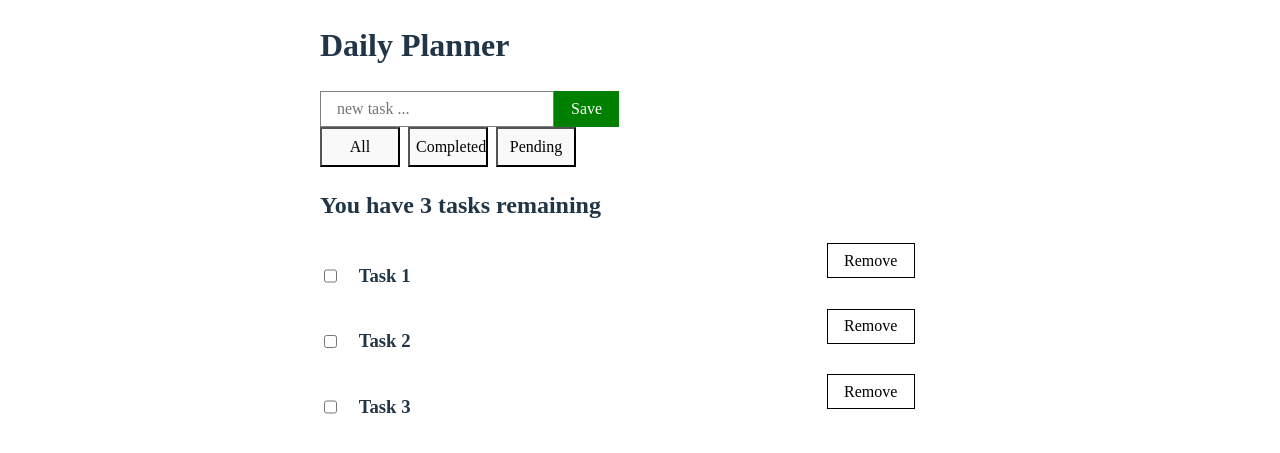
Repository: SamanthaYan298/my_planner
Page: /
An editor plug-in stored every save of this project. The page is shown before and after the next save, followed by the edit.
The browser window is 1280 px wide. The pictures show the whole page.
The project was rebuilt for these pictures with package versions that can differ from the ones it lists, and the page was loaded fresh each time. Also part of the build but not shown: vite.config.js.

Above is the page before, as saved 2024-10-25 00:44:04.

### src/App.jsx
import { useState } from 'react'
import './App.css'

const data = [
  {
    id: 1,
    title: 'Task 1',
    checked: false
  },
  {
    id: 2,
    title: 'Task 2',
    checked: false
  },
  {
    id: 3,
    title: 'Task 3',
    checked: false // set default display as none
  }
]

function App() {

  const [tasks, setTasks] = useState(""); // hold the current list of tasks and update the tasks.
  const [addTask, setAddTask] = useState(data);
  const currentTasks = addTask.filter(task => !task.checked).length;

  function handleChange(e) {
    setTasks(e.target.value);
  }

  function handleAddTask(e) {
    e.preventDefault();
    // helps ensure that users only add text-format tasks, not whitespace.
    if(tasks.trim()) {
      setAddTask([...addTask, {id: addTask.length + 1, title: tasks}]);
      setTasks(''); // clear the input after adding new tasks.
    }
  }

  function handleDelete(taskId) {
    setAddTask(addTask.filter(task => task.id !== taskId)); // filter tasks by their Ids.
  }

  function toggleChecked(id) {
    setAddTask(addTask.map(task =>
      task.id === id ? {...task, checked: !task.checked} : task
    ));
  }

  return (
    <>
      <div className='main'>
        <h1>Daily Planner</h1>

        {/* form */}
        <form onSubmit={handleAddTask}>
          <input
            type="text"
            className='form-input'
            placeholder='new task ...'
            value={tasks}
            onChange={handleChange}
          />
          <button className='form-btn'>Save</button>
        </form>

        <div className='buttons'>
          <button className='list-btn'>All</button>
          <button className='list-btn'>Completed</button>
          <button className='list-btn'>Pending</button>
        </div>

        <h2>You have {currentTasks} tasks remaining</h2>

        {/* task list */}
        <div>
          {addTask.map(task => (
            <div className='task-list' key={task.id}>
              <input
                type="checkbox"
                checked={task.checked}
                onChange={() => toggleChecked(task.id)}
              />
              <h3 className={task.checked ? 'checked' : ''}>{task.title}</h3>
              <button className='task-btn' onClick={() => handleDelete(task.id)}>Remove</button>
          </div>
          ))}
        </div>

      </div>
    </>
  )
}

export default App

### src/index.css
:root {
  font-family: Inter, system-ui, Avenir, Helvetica, Arial, sans-serif;
  line-height: 1.5;
  font-weight: 400;

  color-scheme: light dark;
  color: rgba(255, 255, 255, 0.87);
  background-color: #242424;

  font-synthesis: none;
  text-rendering: optimizeLegibility;
  -webkit-font-smoothing: antialiased;
  -moz-osx-font-smoothing: grayscale;
}

a {
  font-weight: 500;
  color: #646cff;
  text-decoration: inherit;
}
a:hover {
  color: #535bf2;
}

body {
  margin: 0;
  display: flex;
  flex-direction: column;
  align-items: flex-start;
  justify-content: flex-start;
  min-width: 320px;
  min-height: 100vh;
  padding-top: 0;
  text-align: left;
  left: 0;
}


/* h1 {
  font-size: 3.2em;
  line-height: 1.1;
} */

/* button {
  border-radius: 8px;
  border: 1px solid transparent;
  padding: 0.6em 1.2em;
  font-size: 1em;
  font-weight: 500;
  font-family: inherit;
  background-color: #1a1a1a;
  cursor: pointer;
  transition: border-color 0.25s;
}
button:hover {
  border-color: #646cff;
}
button:focus,
button:focus-visible {
  outline: 4px auto -webkit-focus-ring-color;
} */

@media (prefers-color-scheme: light) {
  :root {
    color: #213547;
    background-color: #ffffff;
  }
  a:hover {
    color: #747bff;
  }
  button {
    background-color: #f9f9f9;
  }
}

### src/App.css
#root {
  max-width: 100%;
  margin-left: 20em;
  padding: 0;
  top: 0;
  font-family: "Playfair Display", serif;
}

.main {
  text-align: left;
}

.task-list {
  display: flex;
  flex-direction: row;
}

.form-btn {
  background-color: green;
  border: 1px solid green;
  color: white;
  padding: 0.5em 1em;
  font-family: "Playfair Display", serif;
  font-size: 1em;
}

.task-btn {
  border: 1px solid;
  background-color: white;
  width: 5.5em;
  height: 2.2em;
  font-family: "Playfair Display", serif;
  font-size: 1em;
  cursor: pointer;
}

.form-input {
  padding: 0.5em 1em;
  border: 1px solid;
  height: 1.15em;
  font-family: "Playfair Display", serif;
  color: grey;
  font-size: 1em;
}

div h3 {
  margin-left: 1em;
  min-width: 25em;
}

.checked {
  color: grey;
  text-decoration: line-through;
}

.buttons {
  display: flex;
  gap: 8px;
}

.list-btn {
  width: 80px;
  height: 40px;
  font-family: "Playfair Display", serif;
  font-size: 1em;
}

Loaded but not shown: index.html (common file); src/main.jsx (common file)

After the next save:
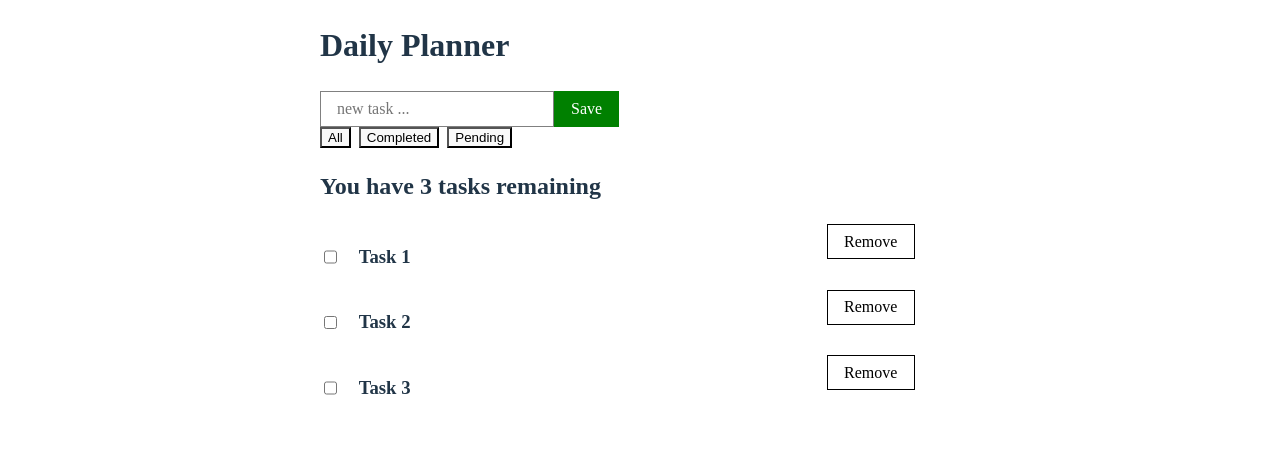
Saved 15 s later.
--- a/src/App.jsx
+++ b/src/App.jsx
@@ -66,9 +66,9 @@ function App() {
         </form>
 
         <div className='buttons'>
-          <button className='list-btn'>All</button>
-          <button className='list-btn'>Completed</button>
-          <button className='list-btn'>Pending</button>
+          <button className='list-btn-all'>All</button>
+          <button className='list-btn-completed'>Completed</button>
+          <button className='list-btn-pending'>Pending</button>
         </div>
 
         <h2>You have {currentTasks} tasks remaining</h2>

After the save that followed:
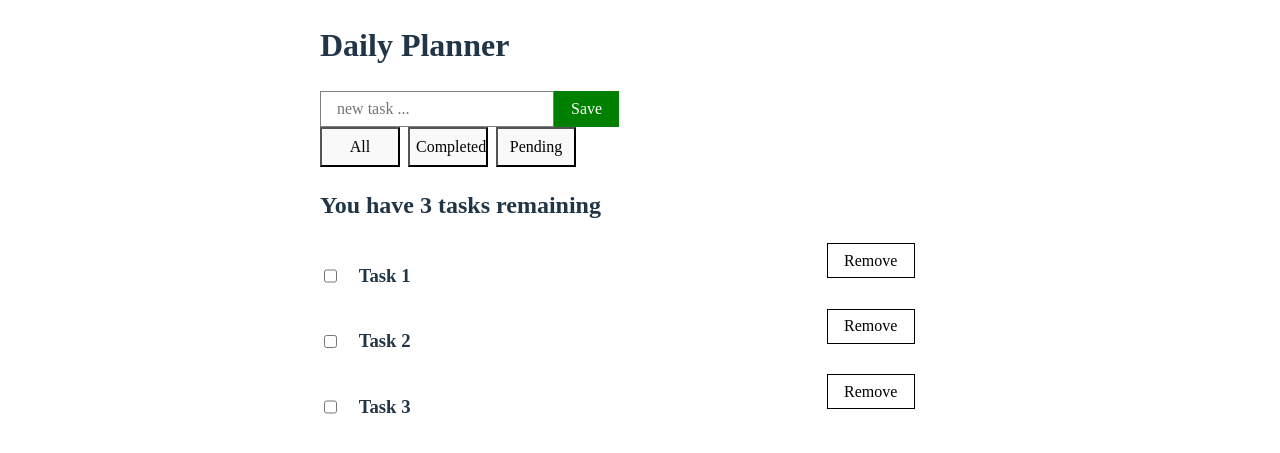
Saved 24 s later.
--- a/src/App.css
+++ b/src/App.css
@@ -58,7 +58,9 @@ div h3 {
   gap: 8px;
 }
 
-.list-btn {
+.list-btn-all,
+.list-btn-completed,
+.list-btn-pending {
   width: 80px;
   height: 40px;
   font-family: "Playfair Display", serif;
